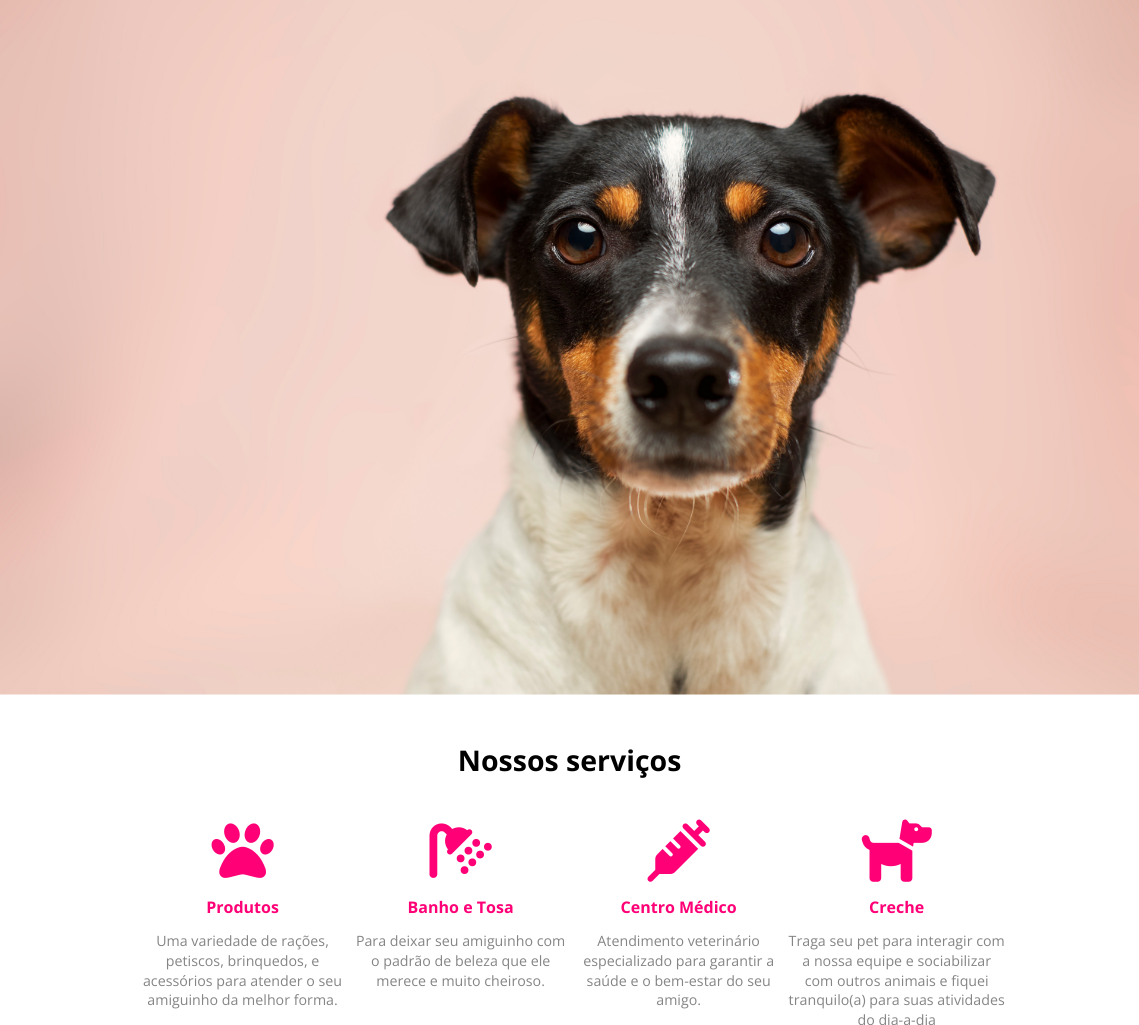
Repository: Carolden/ProhetoPetShop
Page: index.html
These files come from the project's save history. The page is drawn as it stood at one moment and after the next save; the edit follows.
The browser window is 1280 px wide. The pictures show the part of the page from y = 270 to 1422 px (the page is 2956 px tall before and 2996 px after), at 89% of full size.
A picture or video elsewhere on the page could not be fetched, so the positions and the page height are approximate.

Above is the page before, as saved 2023-04-28 10:34:50.

After the next save:
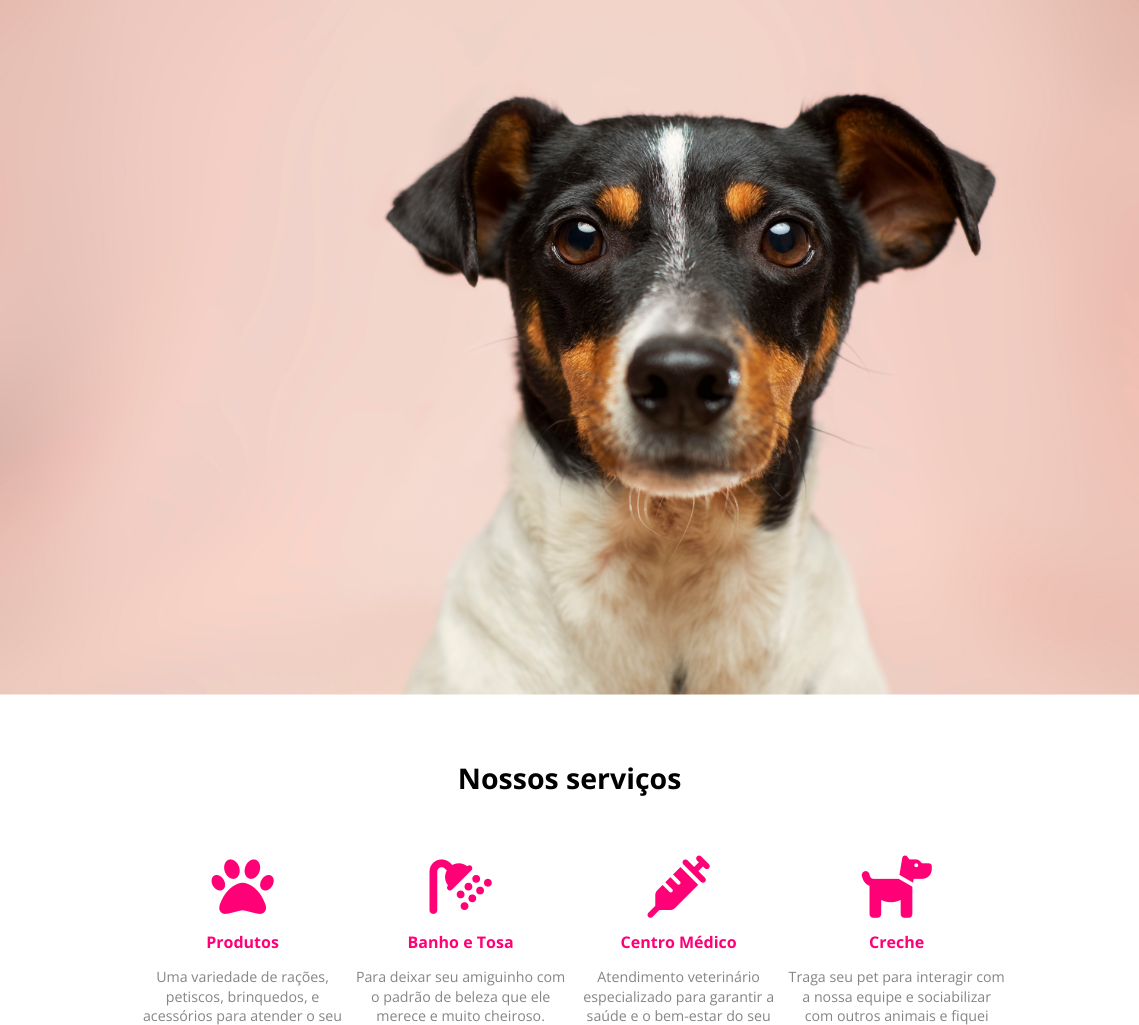
Saved 18 s later.
--- a/index.css
+++ b/index.css
@@ -83,8 +83,8 @@ a:hover {
 .h1 {
     text-align: center;
     font-size: 32px;
-    padding-top: 20px;
-    padding-bottom: 20px;
+    padding-top: 40px;
+    padding-bottom: 40px;
 }
 
 .logowhite {
